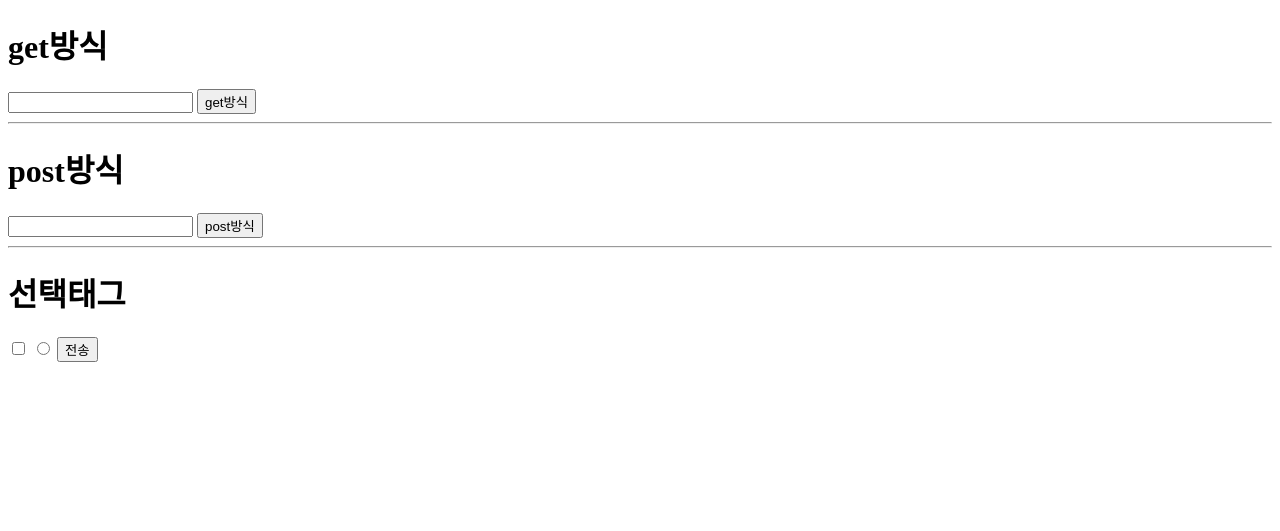
Repository: HeonchanKim/smhrd_jsp
Page: Servlet/src/main/webapp/ex04.html
The author's editor kept a copy of each file at every save. The page is drawn from the files as they stood at one save, then again after the next save.
The browser window is 1280 px wide. The pictures show the whole page.

Above is the page before, as saved 2022-01-27 07:17:30.

### Servlet/src/main/webapp/ex04.html
<!DOCTYPE html>
<html>
<head>
<meta charset="EUC-KR">
<title>Insert title here</title>
</head>
<body>
	<!--
		사용자가 서버프로그램으로 값을 보낼 수 있는 두가지 방법
		get : URL을 통해서 데이터를 전달 / 보안 X / 보내는 데이터크기에 제한 O / 빠름
			  URL(ISO-8859-1 - > euc-kr>

		post : 패킷을 통해서 데이터를 전달 / 보안강함 / 보내는 데이터크기 제한 X
	 -->

	 <h1>get방식</h1>
	<form action="ex04" method="get">
		<input type="text" name="text">
		<input type="submit" value="get방식">
	</form>

	<hr>

	 <h1>post방식</h1>
	<form action="ex04" method="post">
		<input type="text" name="text">
		<input type="submit" value="post방식">
	</form>

	<hr>

	<h1>선택태그</h1>
	<form action="ex04" method="post">
		<input type="checkbox">
		<input type="radio">
		<input type="submit" value="전송">
	</form>





















</body>
</html>

After the next save:
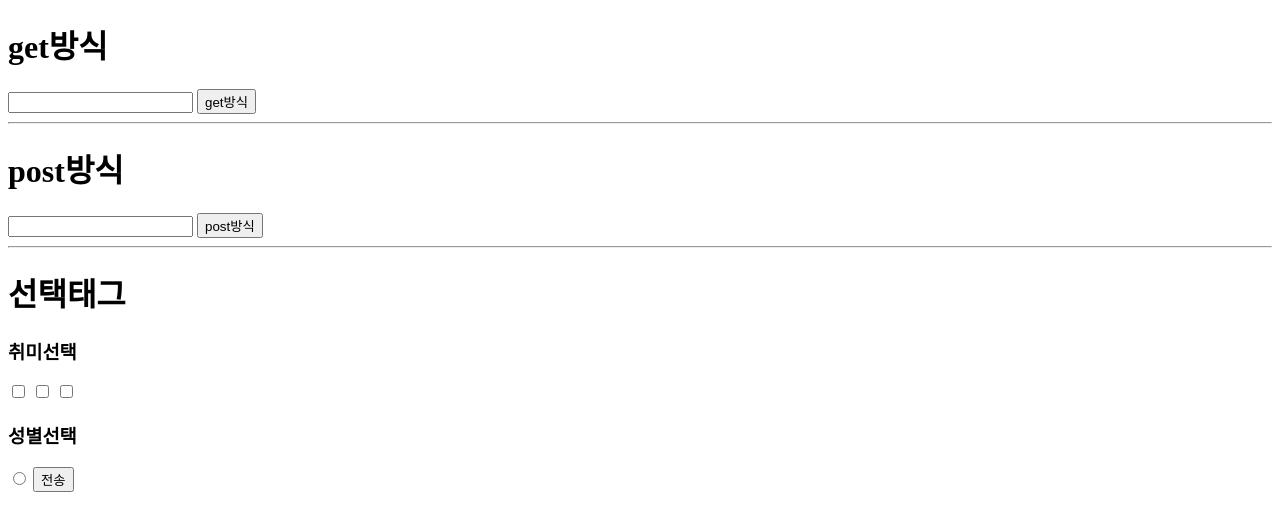
Saved 67 s later.
--- a/Servlet/src/main/webapp/ex04.html
+++ b/Servlet/src/main/webapp/ex04.html
@@ -31,7 +31,13 @@
 
 	<h1>선택태그</h1>
 	<form action="ex04" method="post">
+
+		<h3>취미선택</h3>
 		<input type="checkbox">
+		<input type="checkbox">
+		<input type="checkbox">
+
+		<h3>성별선택</h3>
 		<input type="radio">
 		<input type="submit" value="전송">
 	</form>
